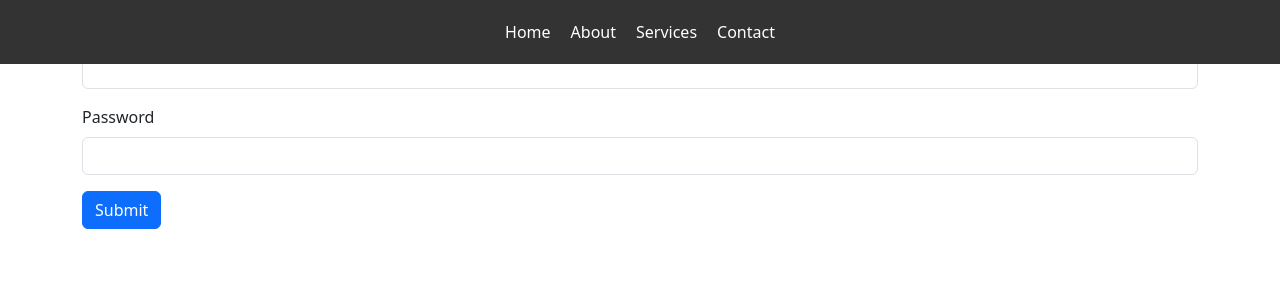
Repository: shash0708/GMR-Lines
Page: /login (app in frontend/)
An editor plug-in stored every save of this project. The page is shown before and after a run of saves, followed by the edit.
The browser window is 1280 px wide. The pictures show the whole page.
The page's requests for data from a server got no answer. The project was rebuilt for these pictures with package versions that can differ from the ones it lists, and the page was loaded fresh each time. No one was signed in, and anything a server would have sent is missing. Also part of the build but not shown: frontend/src/components/Buttons/Buttons.component.jsx, frontend/src/components/Home/Home.component.jsx, frontend/src/components/Form/Form.css, frontend/src/components/speedDail/SpeedDail.component.jsx, frontend/src/components/Form/Form.component.jsx, frontend/src/components/Card/Card.jsx, frontend/src/components/Card/Card.css, frontend/src/components/Card/Card.component.jsx and 4 more.

Above is the page before, as saved 2024-09-08 22:57:12.

### frontend/public/index.html
<!DOCTYPE html>
<html lang="en">
  <head>
    <meta charset="utf-8" />
    <link rel="icon" href="%PUBLIC_URL%/favicon.ico" />
    <meta name="viewport" content="width=device-width, initial-scale=1" />
    <meta name="theme-color" content="#000000" />
    <meta name="description" content="Web site created using create-react-app" />
    <link rel="apple-touch-icon" href="%PUBLIC_URL%/logo192.png" />
    <!--
      manifest.json provides metadata used when your web app is installed on a
      user's mobile device or desktop. See https://developers.google.com/web/fundamentals/web-app-manifest/
    -->
    <link rel="manifest" href="%PUBLIC_URL%/manifest.json" />
    <!--
      Notice the use of %PUBLIC_URL% in the tags above.
      It will be replaced with the URL of the `public` folder during the build.
      Only files inside the `public` folder can be referenced from the HTML.

      Unlike "/favicon.ico" or "favicon.ico", "%PUBLIC_URL%/favicon.ico" will
      work correctly both with client-side routing and a non-root public URL.
      Learn how to configure a non-root public URL by running `npm run build`.
    -->
    <link href="https://cdn.jsdelivr.net/npm/bootstrap@5.3.3/dist/css/bootstrap.min.css" rel="stylesheet" integrity="sha384-QWTKZyjpPEjISv5WaRU9OFeRpok6YctnYmDr5pNlyT2bRjXh0JMhjY6hW+ALEwIH" crossorigin="anonymous">

    <title>Log Book</title>
  </head>
  <script src="https://cdn.jsdelivr.net/npm/bootstrap@5.3.3/dist/js/bootstrap.bundle.min.js" integrity="sha384-YvpcrYf0tY3lHB60NNkmXc5s9fDVZLESaAA55NDzOxhy9GkcIdslK1eN7N6jIeHz" crossorigin="anonymous"></script>

  <body>
    <noscript>You need to enable JavaScript to run this app.</noscript>
    <div id="root"></div>
    <!--
      This HTML file is a template.
      If you open it directly in the browser, you will see an empty page.

      You can add webfonts, meta tags, or analytics to this file.
      The build step will place the bundled scripts into the <body> tag.

      To begin the development, run `npm start` or `yarn start`.
      To create a production bundle, use `npm run build` or `yarn build`.
    -->
  </body>
</html>

### frontend/src/App.js
import './App.css';
import { BrowserRouter as Router, Route, Routes } from 'react-router-dom';

import 'primereact/resources/themes/saga-blue/theme.css';
import 'primereact/resources/primereact.min.css';
import { PrimeReactProvider } from 'primereact/api';
import Home from '../src/components/Home/Home.component'
import Form from './components/Form/Form.component';
import Cards from './components/Card/Card.component';
import Data from './components/Data/Data.component';
import Navbar from './components/Header/Header.component'
import Login from './components/Login/Login.component';
import Signup from './components/SignUp/Signup.component';
import PdfComponent from './components/Pdf/PdfComponent';
import { LogsProvider } from './context/LogContext';
function App() {
  return (
    <LogsProvider>
    <PrimeReactProvider>
<Router>
<Navbar />

      <Routes>
      {/* <Navbar/> */}

        <Route path="/" element={<Home />} />
        <Route path='/login' element={<Login/>}/>
        <Route path='/signup' element={<Signup/>}/>
        <Route path="/form" element={<Form />} />
        <Route path="/past-records" element={<Cards />} />
        <Route path="/data/:id" element={<Data />} />
        <Route path="/pdf" element={<PdfComponent/>}/>
      </Routes>
    </Router>
</PrimeReactProvider>
</LogsProvider>
  );
}

export default App;

### frontend/src/serviceWorkerRegistration.js
// This optional code is used to register a service worker.
// register() is not called by default.

// This lets the app load faster on subsequent visits in production, and gives
// it offline capabilities. However, it also means that developers (and users)
// will only see deployed updates on subsequent visits to a page, after all the
// existing tabs open on the page have been closed, since previously cached
// resources are updated in the background.

// To learn more about the benefits of this model and instructions on how to
// opt-in, read https://cra.link/PWA

const isLocalhost = Boolean(
  window.location.hostname === 'localhost' ||
    // [::1] is the IPv6 localhost address.
    window.location.hostname === '[::1]' ||
    // 127.0.0.0/8 are considered localhost for IPv4.
    window.location.hostname.match(/^127(?:\.(?:25[0-5]|2[0-4][0-9]|[01]?[0-9][0-9]?)){3}$/)
);

export function register(config) {
  if (process.env.NODE_ENV === 'production' && 'serviceWorker' in navigator) {
    // The URL constructor is available in all browsers that support SW.
    const publicUrl = new URL(process.env.PUBLIC_URL, window.location.href);
    if (publicUrl.origin !== window.location.origin) {
      // Our service worker won't work if PUBLIC_URL is on a different origin
      // from what our page is served on. This might happen if a CDN is used to
      // serve assets; see https://github.com/facebook/create-react-app/issues/2374
      return;
    }

    window.addEventListener('load', () => {
      const swUrl = `${process.env.PUBLIC_URL}/service-worker.js`;

      if (isLocalhost) {
        // This is running on localhost. Let's check if a service worker still exists or not.
        checkValidServiceWorker(swUrl, config);

        // Add some additional logging to localhost, pointing developers to the
        // service worker/PWA documentation.
        navigator.serviceWorker.ready.then(() => {
          console.log(
            'This web app is being served cache-first by a service ' +
              'worker. To learn more, visit https://cra.link/PWA'
          );
        });
      } else {
        // Is not localhost. Just register service worker
        registerValidSW(swUrl, config);
      }
    });
  }
}

function registerValidSW(swUrl, config) {
  navigator.serviceWorker
    .register(swUrl)
    .then((registration) => {
      registration.onupdatefound = () => {
        const installingWorker = registration.installing;
        if (installingWorker == null) {
          return;
        }
        installingWorker.onstatechange = () => {
          if (installingWorker.state === 'installed') {
            if (navigator.serviceWorker.controller) {
              // At this point, the updated precached content has been fetched,
              // but the previous service worker will still serve the older
              // content until all client tabs are closed.
              console.log(
                'New content is available and will be used when all ' +
                  'tabs for this page are closed. See https://cra.link/PWA.'
              );

              // Execute callback
              if (config && config.onUpdate) {
                config.onUpdate(registration);
              }
            } else {
              // At this point, everything has been precached.
              // It's the perfect time to display a
              // "Content is cached for offline use." message.
              console.log('Content is cached for offline use.');

              // Execute callback
              if (config && config.onSuccess) {
                config.onSuccess(registration);
              }
            }
          }
        };
      };
    })
    .catch((error) => {
      console.error('Error during service worker registration:', error);
    });
}

function checkValidServiceWorker(swUrl, config) {
  // Check if the service worker can be found. If it can't reload the page.
  fetch(swUrl, {
    headers: { 'Service-Worker': 'script' },
  })
    .then((response) => {
      // Ensure service worker exists, and that we really are getting a JS file.
      const contentType = response.headers.get('content-type');
      if (
        response.status === 404 ||
        (contentType != null && contentType.indexOf('javascript') === -1)
      ) {
        // No service worker found. Probably a different app. Reload the page.
        navigator.serviceWorker.ready.then((registration) => {
          registration.unregister().then(() => {
            window.location.reload();
          });
        });
      } else {
        // Service worker found. Proceed as normal.
        registerValidSW(swUrl, config);
      }
    })
    .catch(() => {
      console.log('No internet connection found. App is running in offline mode.');
    });
}

export function unregister() {
  if ('serviceWorker' in navigator) {
    navigator.serviceWorker.ready
      .then((registration) => {
        registration.unregister();
      })
      .catch((error) => {
        console.error(error.message);
      });
  }
}

### frontend/src/components/Header/Header.component.jsx
import React, { useState } from 'react';
import './Navbar.css'; // Import your CSS file

const Navbar = () => {
  const [dockPosition, setDockPosition] = useState('top');

  const handleDockChange = (position) => {
    setDockPosition(position);
  };

  return (
    <div className={`navbar ${dockPosition}`}>
      {/* <div className="navbar-content">
        <button onClick={() => handleDockChange('top')}>Top</button>
        <button onClick={() => handleDockChange('bottom')}>Bottom</button>
        <button onClick={() => handleDockChange('left')}>Left</button>
        <button onClick={() => handleDockChange('right')}>Right</button>
      </div> */}
      <div className="navbar-items">
        <a href="#home">Home</a>
        <a href="#about">About</a>
        <a href="#services">Services</a>
        <a href="#contact">Contact</a>
      </div>
    </div>
  );
};

export default Navbar;

### frontend/src/components/Login/Login.component.jsx
import React, { useState } from 'react';
import { useNavigate } from 'react-router-dom';
import useDocumentTitle from '../hooks/useDocumentTitle';
import URL from '../config'
const Login = (props) => {
  useDocumentTitle('Login'); // Set the document title for this page

  const [credentials, setCredentials] = useState({ AME: "", password: "" });
  let navigate = useNavigate();

  const handleSubmit = async (e) => {
    e.preventDefault();

    try {
      const response = await fetch(`${URL}/api/login`, {
        method: 'POST',
        headers: {
          'Content-Type': 'application/json'
        },
        body: JSON.stringify({ AME: credentials.AME, password: credentials.password })
      });

      const json = await response.json();
      console.log(json);

      if (json.success) {
        // Save the auth token and redirect
        localStorage.setItem('token', json.authtoken);
        alert("Logged in Successfully");
        navigate('/');
      } else {
        alert("Invalid Credentials");
      }
    } catch (error) {
      console.error("There was an error with the login request:", error);
      alert("An error occurred. Please try again later.");
    }
  }

  const onChange = (e) => {
    setCredentials({ ...credentials, [e.target.name]: e.target.value });
  }

  return (
    <div className='container'>
      <h1>Login to Continue to iNoteBook</h1>
      <form onSubmit={handleSubmit}>
        <div className="mb-3">
          <label htmlFor="AME" className="form-label">AMEI NUMBER</label>
          <input
            type="text"
            className="form-control"
            name="AME"
            id="AME"
            value={credentials.AME}
            onChange={onChange}
            required
          />
        </div>
        <div className="mb-3">
          <label htmlFor="password" className="form-label">Password</label>
          <input
            type="password"
            className="form-control"
            name="password"
            id="password"
            value={credentials.password}
            onChange={onChange}
            required
          />
        </div>
        <button type="submit" className="btn btn-primary">Submit</button>
      </form>
    </div>
  );
}

export default Login;

### frontend/src/context/LogContext.js
// LogsContext.js
import React, { createContext, useState, useEffect } from 'react';
import axios from 'axios';
import URL from '../components/config';
const LogsContext = createContext();

export const LogsProvider = ({ children }) => {
  const [logs, setLogs] = useState([]);
  const [filteredLogs, setFilteredLogs] = useState([]);
  const [searchTerm, setSearchTerm] = useState('');
  const [selectedLogs, setSelectedLogs] = useState([]);

  useEffect(() => {
    const fetchLogs = async () => {
      try {
        const response = await axios.get(`${URL}/getlogs/entries`, {
          headers: {
            'auth-token': localStorage.getItem('token'),
          },
        });

        setLogs(response.data);
        setFilteredLogs(response.data);
      } catch (error) {
        console.error('Error fetching logs:', error);
      }
    };
    fetchLogs();
  }, []);

  useEffect(() => {
    const handleSearch = () => {
      const lowerCaseSearchTerm = searchTerm.toLowerCase();
      const filtered = logs.filter((log) => {
        const logId = String(log.Toa);
        return logId.toLowerCase().includes(lowerCaseSearchTerm);
      });
      setFilteredLogs(filtered);
    };

    handleSearch();
  }, [searchTerm, logs]);

  const handleSelect = (log) => {
    setSelectedLogs((prev) => {
      const isSelected = prev.includes(log);
      if (isSelected) {
        return prev.filter((selectedLog) => selectedLog !== log);
      }

      if (prev.length >= 7) {
        return prev;
      }

      return [...prev, log];
    });
  };

  return (
    <LogsContext.Provider
      value={{
        logs,
        filteredLogs,
        searchTerm,
        setSearchTerm,
        selectedLogs,
        handleSelect,
        setFilteredLogs,
      }}
    >
      {children}
    </LogsContext.Provider>
  );
};

export default LogsContext;

### frontend/src/components/hooks/useDocumentTitle.js
// src/hooks/useDocumentTitle.js
import { useEffect } from 'react';

const useDocumentTitle = (title) => {
  useEffect(() => {
    document.title = title;
  }, [title]);
};

export default useDocumentTitle;

### frontend/src/components/config.js
// src/config.js
const URL = "http://localhost:5000";

export default URL;

// `${URL}

### frontend/src/components/Header/Navbar.css
/* Navbar.css */
.navbar {
    display: flex;
    border
    align-items: center;
    justify-content: center;
    position: fixed;
    background-color: #333;
    color: white;
    padding: 10px;
    width: 100%;
  }

  .navbar-content {
    display: flex;
    justify-content: center;
    margin-bottom: 10px;
  }

  .navbar-content button {
    margin: 0 5px;
    padding: 5px 10px;
    border: none;
    background-color: #555;
    color: white;
    cursor: pointer;
  }

  .navbar-content button:hover {
    background-color: #777;
  }

  .navbar-items {
    display: flex;
  }

  .navbar-items a {
    color: white;
    text-decoration: none;
    padding: 10px;
  }

  .navbar-items a:hover {
    background-color: #555;
  }

  /* .top {
    top: 0;
    left: 0;
    right: 0;
  } */

  .bottom {
    bottom: 100;
    left: 0;
    right: 0;
  }

  /* .left {
    top: 0;
    left: 0;
    bottom: 0;
    width: 200px;
  }

  .right {
    top: 0;
    right: 0;
    bottom: 0;
    width: 200px;
  }
   */

### frontend/tailwind.config.js
/** @type {import('tailwindcss').Config} */
module.exports = {
  content: [
    "./src/**/*.{js,ts,jsx,tsx}",  // Adjust the paths as needed
    "./public/**/*.html",           // Include HTML files if used
  ],
  theme: {
    extend: {
      // Custom theme extensions go here
      colors: {
        primary: '#ff6347',  // Example custom color
      },
      fontFamily: {
        sans: ['Helvetica', 'Arial', 'sans-serif'],
      },
    },
  },
  plugins: [
    // Add any Tailwind CSS plugins here
  ],
};


module.exports ={
  "compilerOptions": {
    "baseUrl": ".",
    "paths": {
      "@/*": ["src/*"]
    }
  }
}

Loaded but not shown: frontend/src/index.js (common file); frontend/src/index.css (common file); frontend/src/reportWebVitals.js (common file); frontend/src/App.css (common file); frontend/src/components/Data/Data.css (no stored copy; drawn as an empty file)

After the next 2 saves:
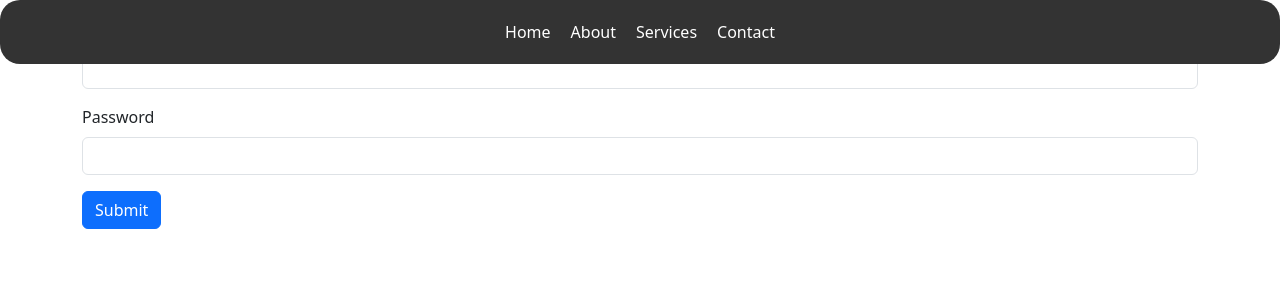
The 2 saves are shown as one change because they came seconds apart.
The last was saved 5 s later.
--- a/frontend/src/components/Header/Navbar.css
+++ b/frontend/src/components/Header/Navbar.css
@@ -1,7 +1,7 @@
 /* Navbar.css */
 .navbar {
     display: flex;
-    border
+    border-radius: 20px;
     align-items: center;
     justify-content: center;
     position: fixed;
